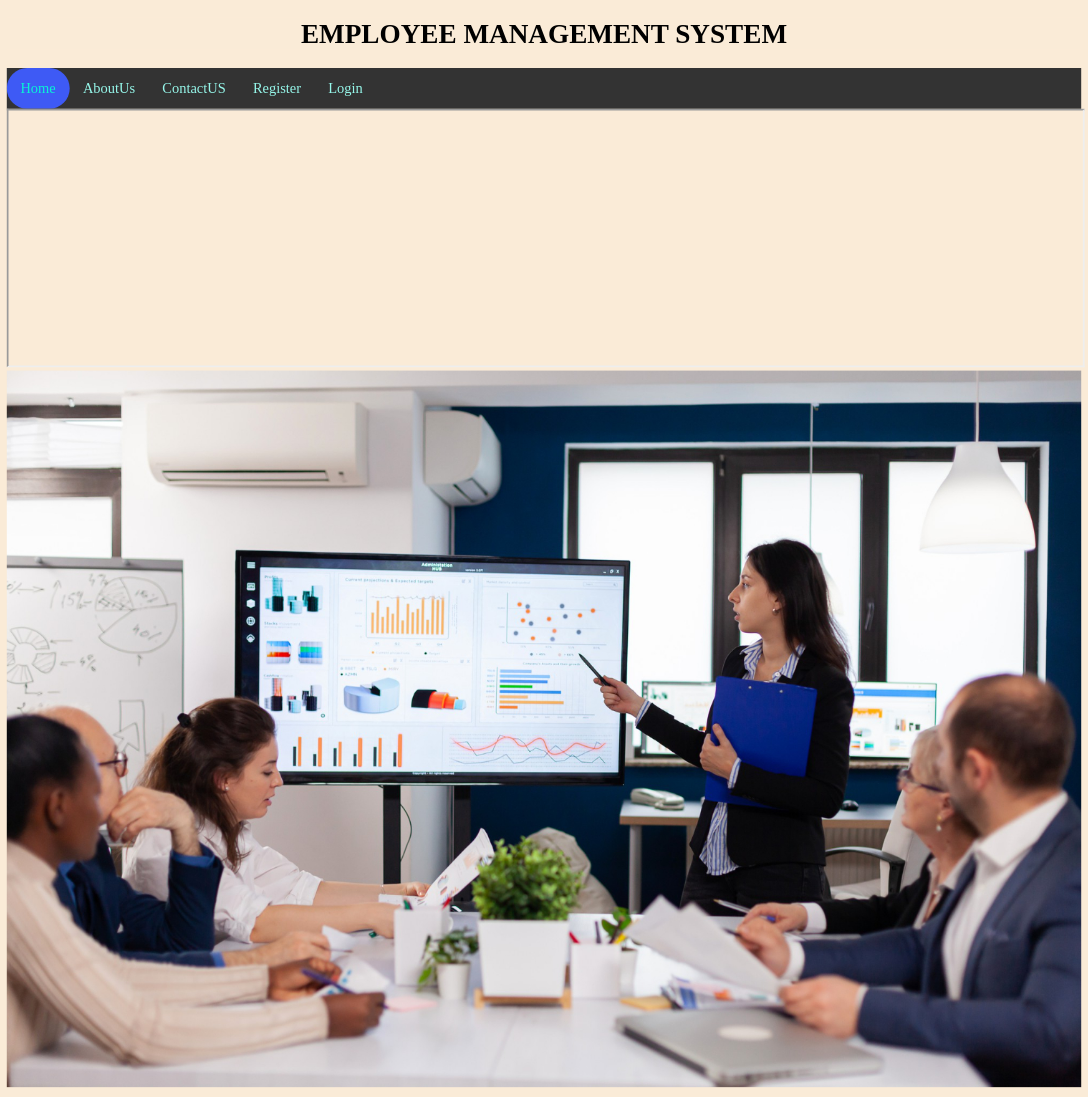
Repository: gajanansp07/Advance_Java_Practice
Page: http://localhost/JDBCCURD/Home.jsp
An editor plug-in stored every save of this project. The page is shown before and after the next save, followed by the edit.
The browser window is 1280 px wide. The pictures show the whole page, at 85% of full size.
The page is served by Tomcat 9.

Above is the page before, as saved 2022-03-16 12:39:15.

### JDBCCURD/src/main/webapp/Home.jsp
<%@ page language="java" contentType="text/html; charset=ISO-8859-1"
    pageEncoding="ISO-8859-1"%>
<!DOCTYPE html>
<html>
<head>
<meta charset="ISO-8859-1">
<title>Insert title here</title>
<style>
body{
background-color: antiquewhite;
}
    .topnav {
  background-color: #333;
  overflow: hidden;
}
    .topnav a {
  float: left;
  color: #96f7ea;
  text-align: center;
  padding: 14px 16px;
  text-decoration: none;
  font-size: 17px;
  border-radius: 2em;
}

/* Change the color of links on hover */
.topnav a:hover {
  background-color: rgb(62, 90, 245);
  color: black;
  border-radius: 2em;
}

/* Add a color to the active/current link */
.topnav a.active {
  background-color: rgb(62, 90, 245);
  color: #09f3d4;
  border-radius: 2em;
}
div#header {
    background-color: antiquewhite;
    text-align: center;
}
</style>
</head>
<body>
    <div id="header">
        <h1>EMPLOYEE MANAGEMENT SYSTEM</h1>
    </div>
    <div class="topnav">
        <a class="active" href="Home.jsp">Home</a>
        <a href="aboutus.jsp" target="iframe_home" >AboutUs</a>
        <a href="contactus.jsp" target="iframe_home" >ContactUS</a>
        <a href="register.jsp" target="iframe_home" >Register</a>
        <a href="login.jsp" target="iframe_home" >Login</a>
      </div>
      <iframe name="iframe_home" height="300px" width="100%" title="Iframe Example"></iframe>
      <div>
          <img src="em.jpg" width="100%">
      </div>
</body>
</html>

After the next save:
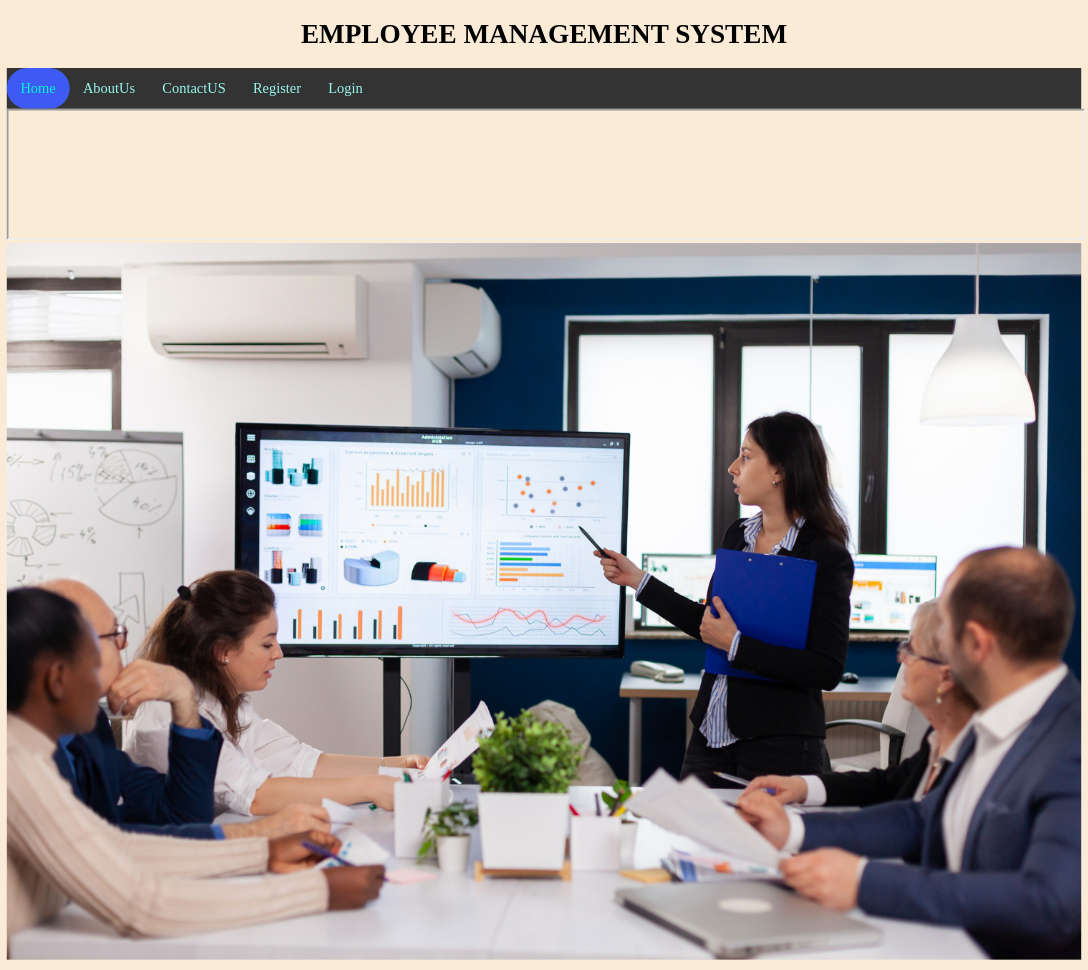
Saved 98 s later.
--- a/JDBCCURD/src/main/webapp/Home.jsp
+++ b/JDBCCURD/src/main/webapp/Home.jsp
@@ -53,7 +53,7 @@ div#header {
         <a href="register.jsp" target="iframe_home" >Register</a>
         <a href="login.jsp" target="iframe_home" >Login</a>
       </div>
-      <iframe name="iframe_home" height="300px" width="100%" title="Iframe Example"></iframe>
+      <iframe name="iframe_home" height="80%" width="100%" title="Iframe Example"></iframe>
       <div>
           <img src="em.jpg" width="100%">
       </div>
